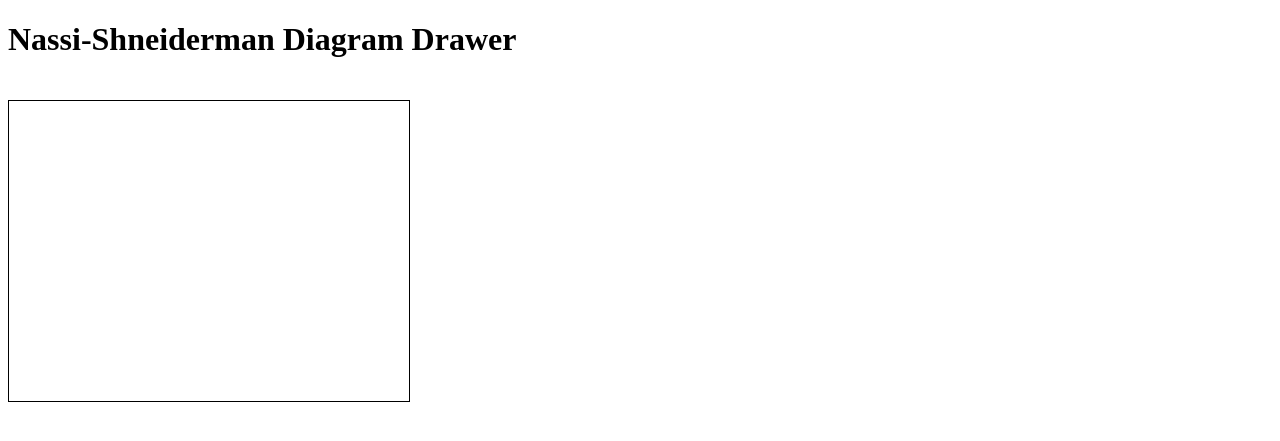
Repository: fabsch225/Nassi-Shneiderman-Compiler
Page: demo.html
The author's editor kept a copy of each file at every save. The page is drawn from the files as they stood at one save, then again after the next save.
The browser window is 1280 px wide. The pictures show the whole page.

Above is the page before, as saved 2024-05-15 20:55:34.
Console error: TypeError: Cannot read properties of null (reading 'appendChild')

### demo.html
<!DOCTYPE html>
<html lang="en">
<head>
<meta charset="UTF-8">
<meta name="viewport" content="width=device-width, initial-scale=1.0">
<title>Nassi-Shneiderman Diagram Drawer</title>
<style>
    svg {
        border: 1px solid black;
        margin: 20px auto;
    }
</style>
</head>
<body>
<h1>Nassi-Shneiderman Diagram Drawer</h1>

<script>
    function drawBox(x, y, width, height, text) {
        var rect = document.createElementNS("http://www.w3.org/2000/svg", "rect");
        rect.setAttribute("x", x);
        rect.setAttribute("y", y);
        rect.setAttribute("width", width);
        rect.setAttribute("height", height);
        rect.setAttribute("stroke", "black");
        rect.setAttribute("fill", "white");

        var textElem = document.createElementNS("http://www.w3.org/2000/svg", "text");
        textElem.setAttribute("x", x + 5);
        textElem.setAttribute("y", y + height / 2);
        textElem.setAttribute("font-size", "12px");
        textElem.textContent = text;

        var svg = document.getElementById('canvas');
        svg.appendChild(rect);
        svg.appendChild(textElem);
    }

    function drawDiamond(x, y, width, height, text) {
        var polygon = document.createElementNS("http://www.w3.org/2000/svg", "polygon");
        var points = `${x},${y + height / 2} ${x + width / 2},${y} ${x + width},${y + height / 2} ${x + width / 2},${y + height}`;
        polygon.setAttribute("points", points);
        polygon.setAttribute("stroke", "black");
        polygon.setAttribute("fill", "white");

        var textElem = document.createElementNS("http://www.w3.org/2000/svg", "text");
        textElem.setAttribute("x", x + 5);
        textElem.setAttribute("y", y + height / 2);
        textElem.setAttribute("font-size", "12px");
        textElem.textContent = text;

        var svg = document.getElementById('canvas');
        svg.appendChild(polygon);
        svg.appendChild(textElem);
    }

    function drawIfStatement(x, y) {
        drawBox(x, y, 100, 50, 'Condition');
        drawDiamond(x + 50, y + 50, 100, 100, 'Yes');
        drawDiamond(x + 50, y + 150, 100, 100, 'No');
    }

    function drawWhileLoop(x, y) {
        drawBox(x, y, 100, 50, 'Condition');
        drawDiamond(x + 50, y + 50, 100, 100, 'Loop');
    }

    // Example usage
    drawIfStatement(50, 50);
    drawWhileLoop(250, 50);
</script>
<svg id="canvas" width="400" height="300"></svg>
</body>
</html>

After the next save:
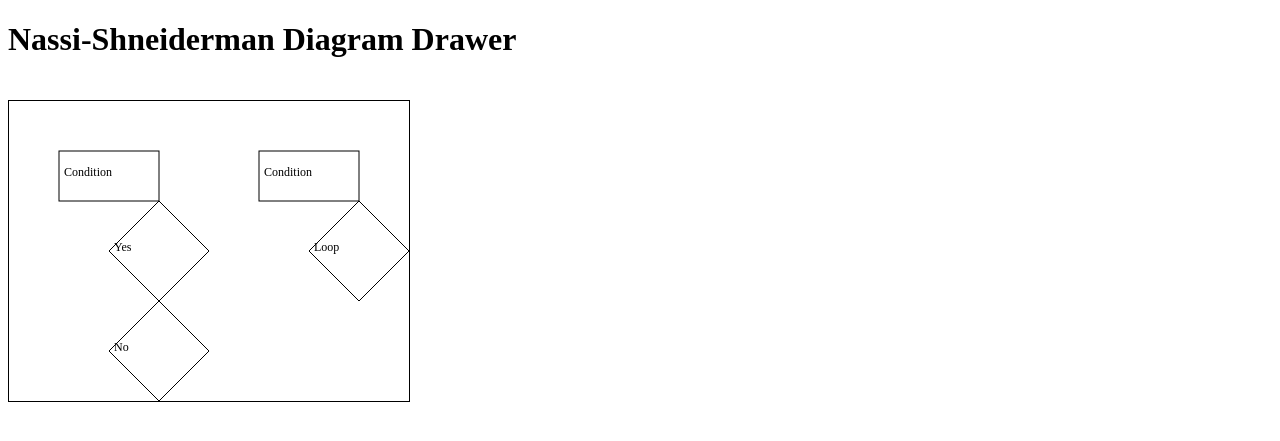
The error is gone.
Saved 20 s later.
--- a/demo.html
+++ b/demo.html
@@ -13,7 +13,7 @@
 </head>
 <body>
 <h1>Nassi-Shneiderman Diagram Drawer</h1>
-
+<svg id="canvas" width="400" height="300"></svg>
 <script>
     function drawBox(x, y, width, height, text) {
         var rect = document.createElementNS("http://www.w3.org/2000/svg", "rect");
@@ -68,6 +68,5 @@
     drawIfStatement(50, 50);
     drawWhileLoop(250, 50);
 </script>
-<svg id="canvas" width="400" height="300"></svg>
 </body>
 </html>
